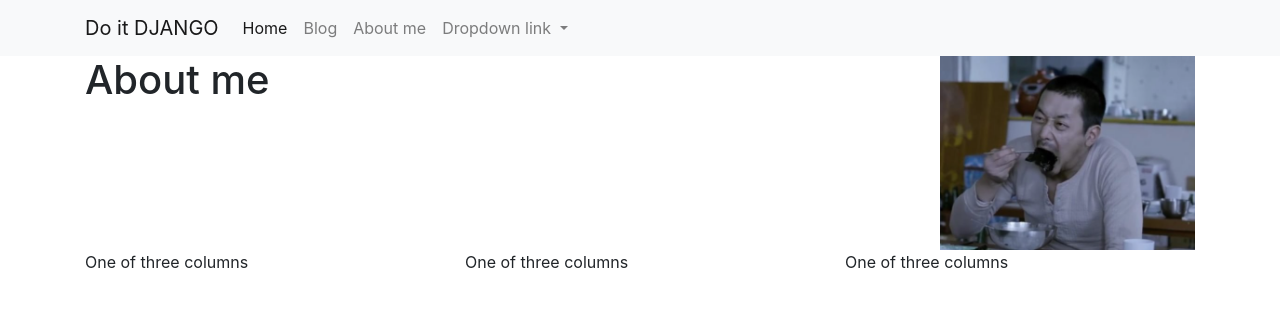
Repository: lwygold/do_it_ft
Page: about_me.html
These files come from the project's save history. The page is drawn as it stood at one moment and after the next save; the edit follows.
The browser window is 1280 px wide. The pictures show the whole page.

Above is the page before, as saved 2021-08-10 18:12:29.

After the next save:
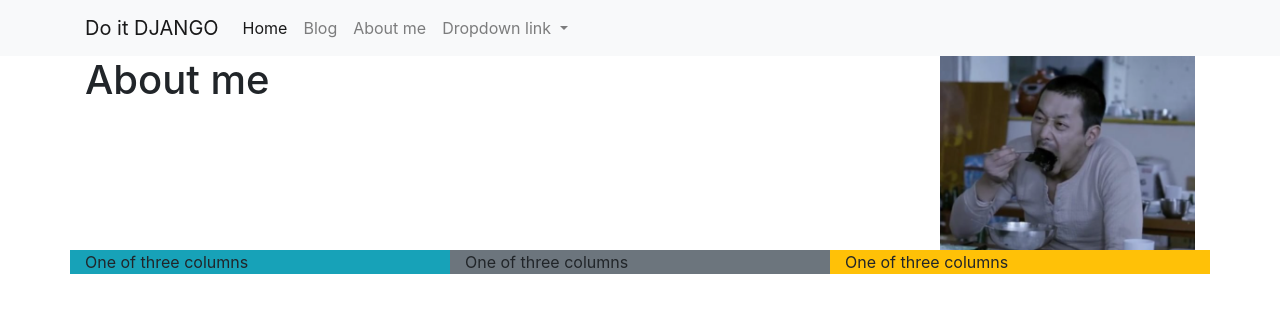
Saved 65 s later.
--- a/about_me.html
+++ b/about_me.html
@@ -61,13 +61,13 @@
 
     <div class="container">
         <div class="row">
-            <div class="col-sm">
+            <div class="col-sm bg-info">
                 One of three columns
             </div>
-            <div class="col-sm">
+            <div class="col-sm bg-secondary">
                 One of three columns
             </div>
-            <div class="col-sm">
+            <div class="col-sm bg-warning">
                 One of three columns
             </div>
         </div>
